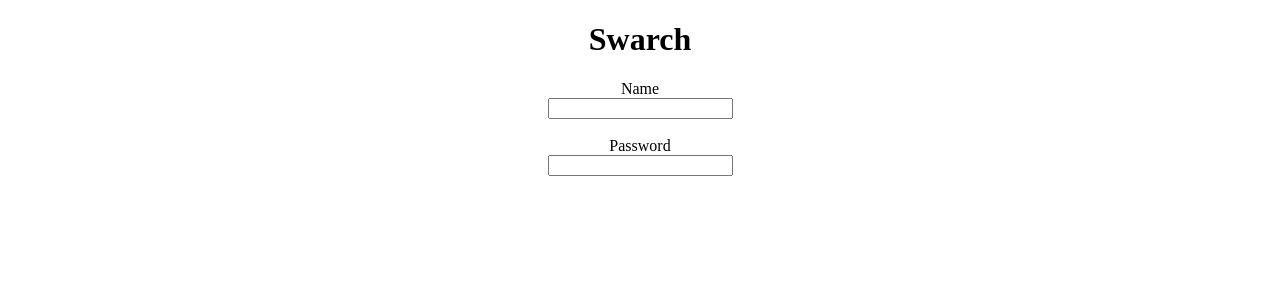
Repository: putty174/Swarch
Page: Swarch/index.htm
An editor plug-in stored every save of this project. The page is shown before and after the next save, followed by the edit.
The browser window is 1280 px wide. The pictures show the whole page.

Above is the page before, as saved 2014-04-12 06:03:41.

After the next save:
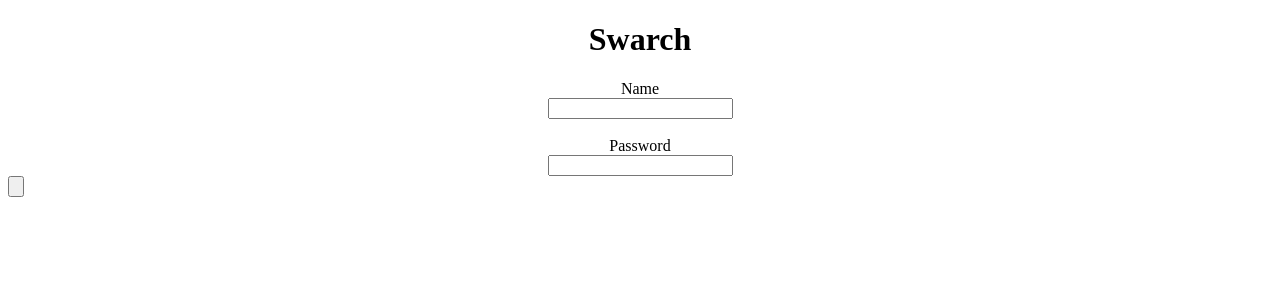
Saved 3 min 2 s later.
--- a/Swarch/index.htm
+++ b/Swarch/index.htm
@@ -18,6 +18,9 @@ function getInfo()
 <br>
 <center>Password</center>
 <center><input type='text' id="PASS"></center>
+<center></center>
+<input type="button" onclick="game();"/>
 <script src="swarch.js"></script>
+
 </body>
 </html>
